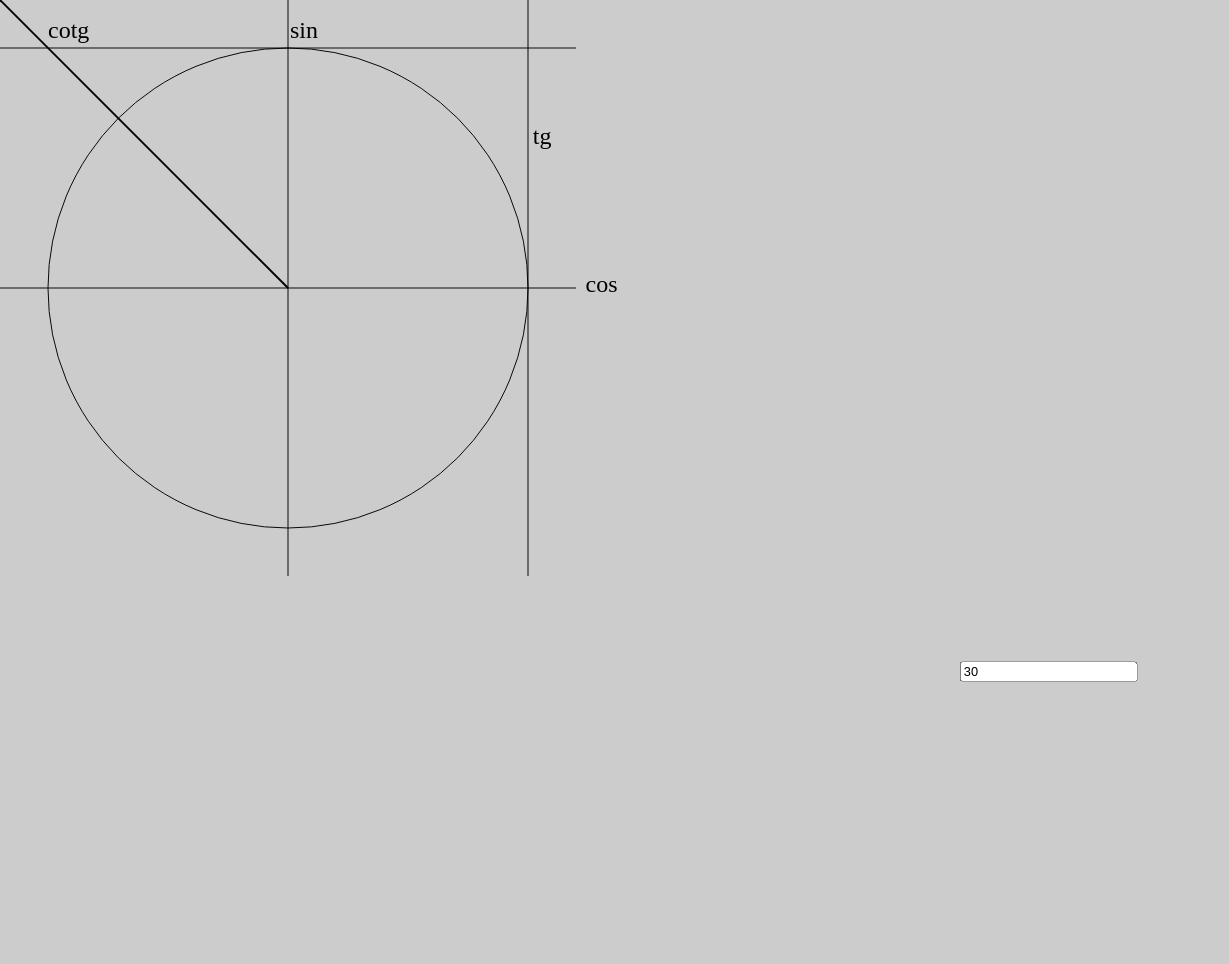
Repository: BraynStorm/braynstorm.github.io
Page: http://localhost/
An editor plug-in stored every save of this project. The page is shown before and after the next save, followed by the edit.
The browser window is 1280 px wide. The pictures show the whole page, at 96% of full size.
The page is run by PHP 8.4 with error messages shown; the project is at /var/www/html/.

Above is the page before, as saved 2015-02-24 17:19:29.
Console error: SyntaxError: Unexpected token '.'

After the next save:
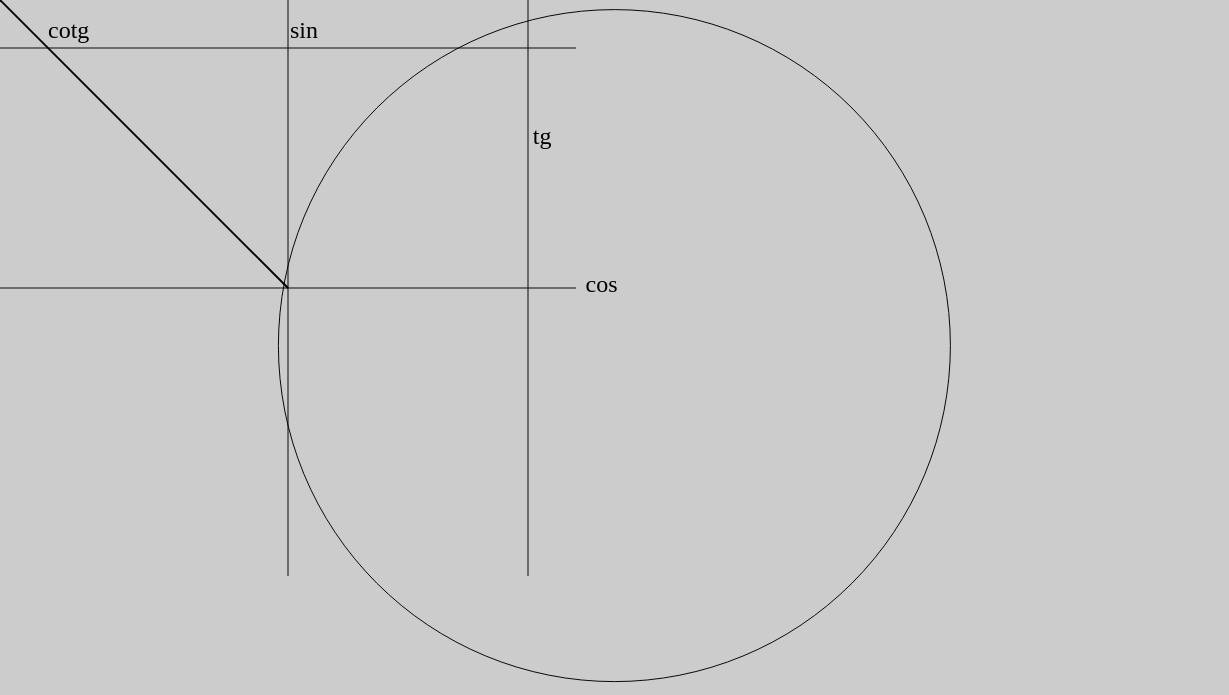
Console error: ReferenceError: sincosArm is not defined
Saved 13 s later.
--- a/JSDrawing/js/swgDrawing.js
+++ b/JSDrawing/js/swgDrawing.js
@@ -14,7 +14,7 @@ $(document).ready(function (){
 	var cosAxis		= $("#cosAxis");
 	var tgAxis		= $("#tgAxis");
 	var cotgAxis	= $("#cotgAxis");
-	var
+	var angleArm	= $("#angleArm");
 
 	svg.css({
 		width:  window.innerWidth,
